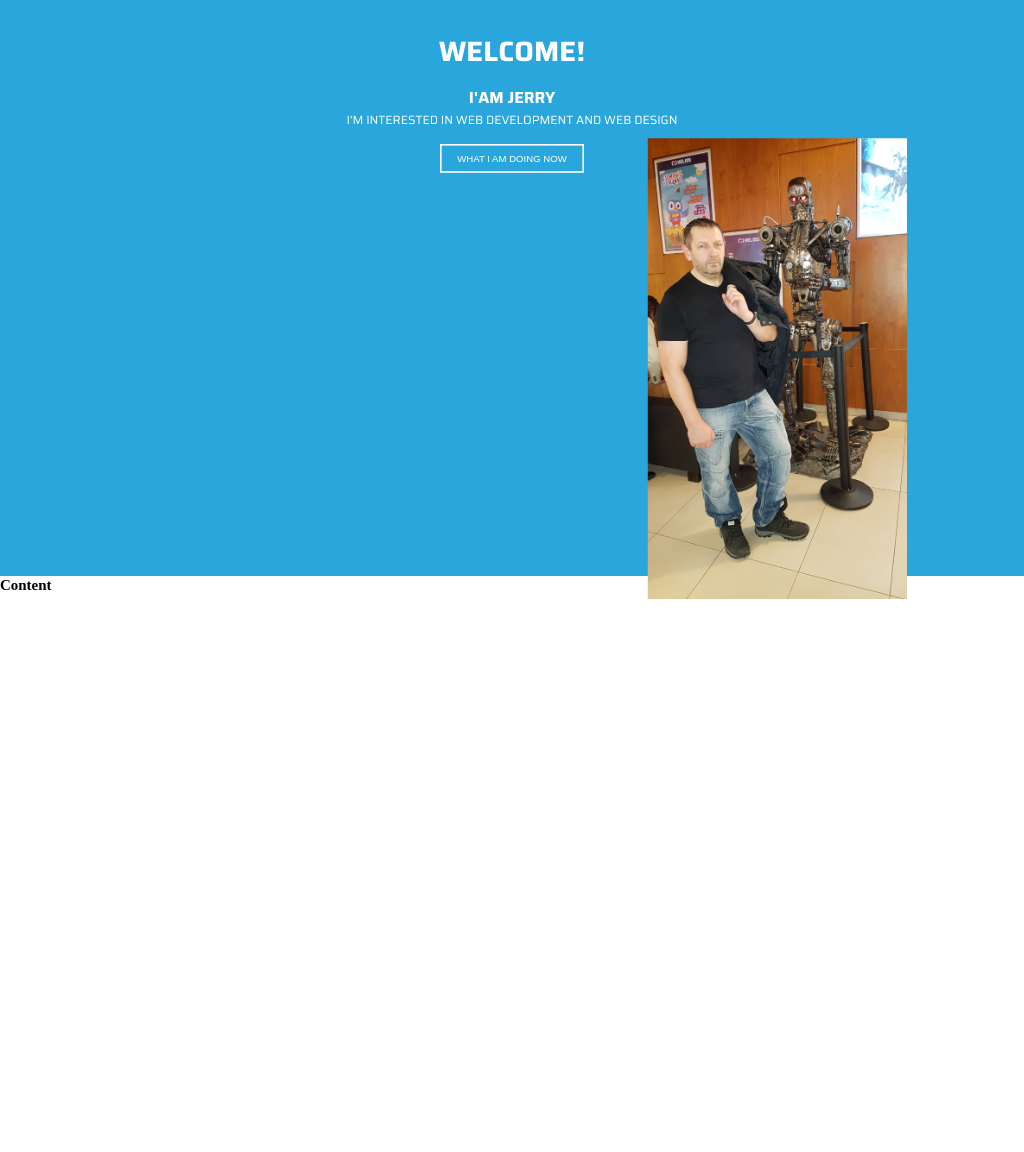
Repository: navanweb/dev
Page: jerry.html
An editor plug-in stored every save of this project. The page is shown before and after the next save, followed by the edit.
The browser window is 1280 px wide. The pictures show the whole page, at 80% of full size.

Above is the page before, as saved 2019-04-06 19:51:01.

After the next save:
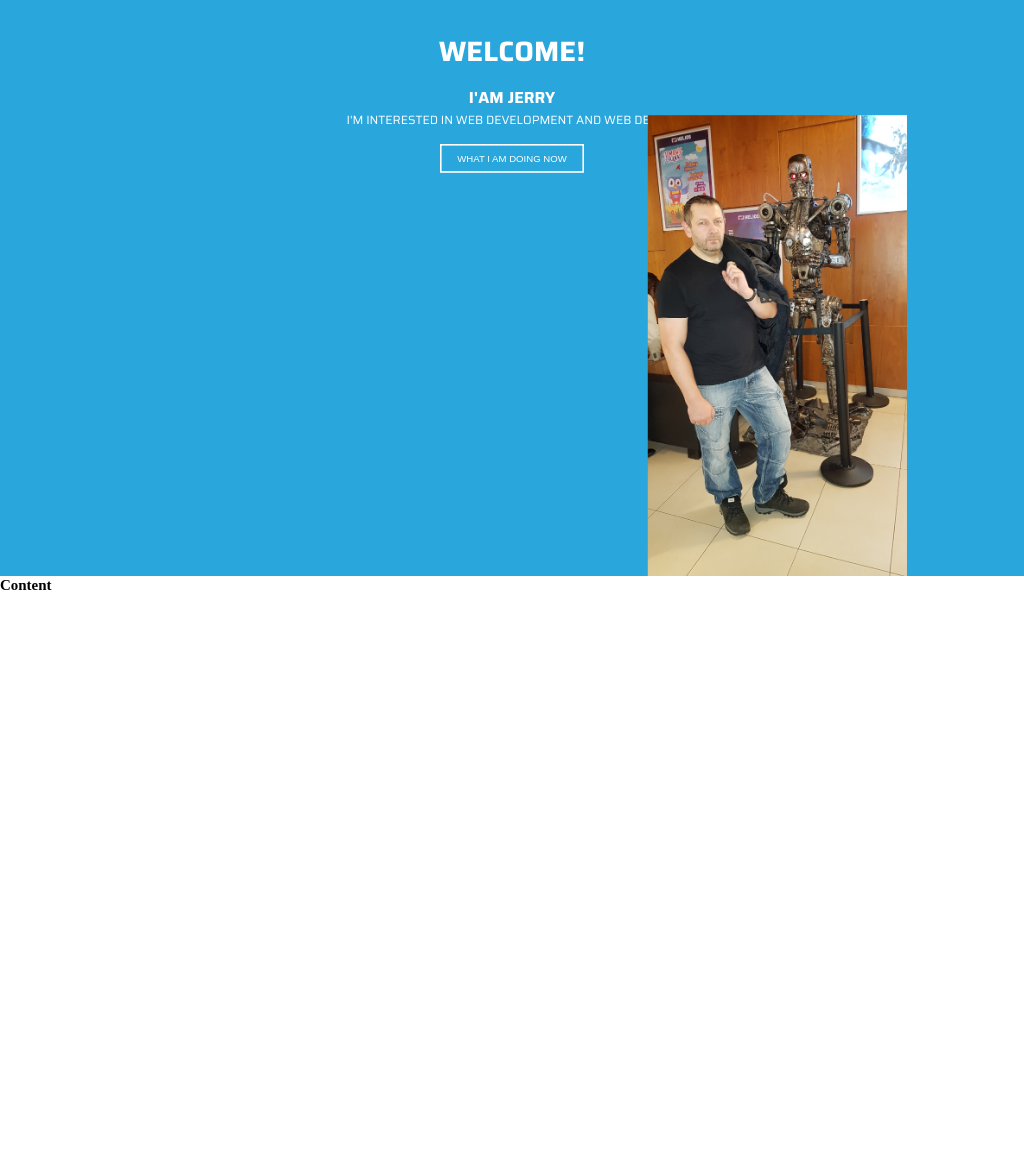
Saved 35 s later.
--- a/css/jerry.css
+++ b/css/jerry.css
@@ -62,7 +62,7 @@ header button {
 @media (orientation:landscape) {
     header img {
         height: 80%;
-        transform: translate(250%, 5%);
+        transform: translate(250%, 0%);
         /* bottom: 0; */
         /* right: 15%; */
     }
